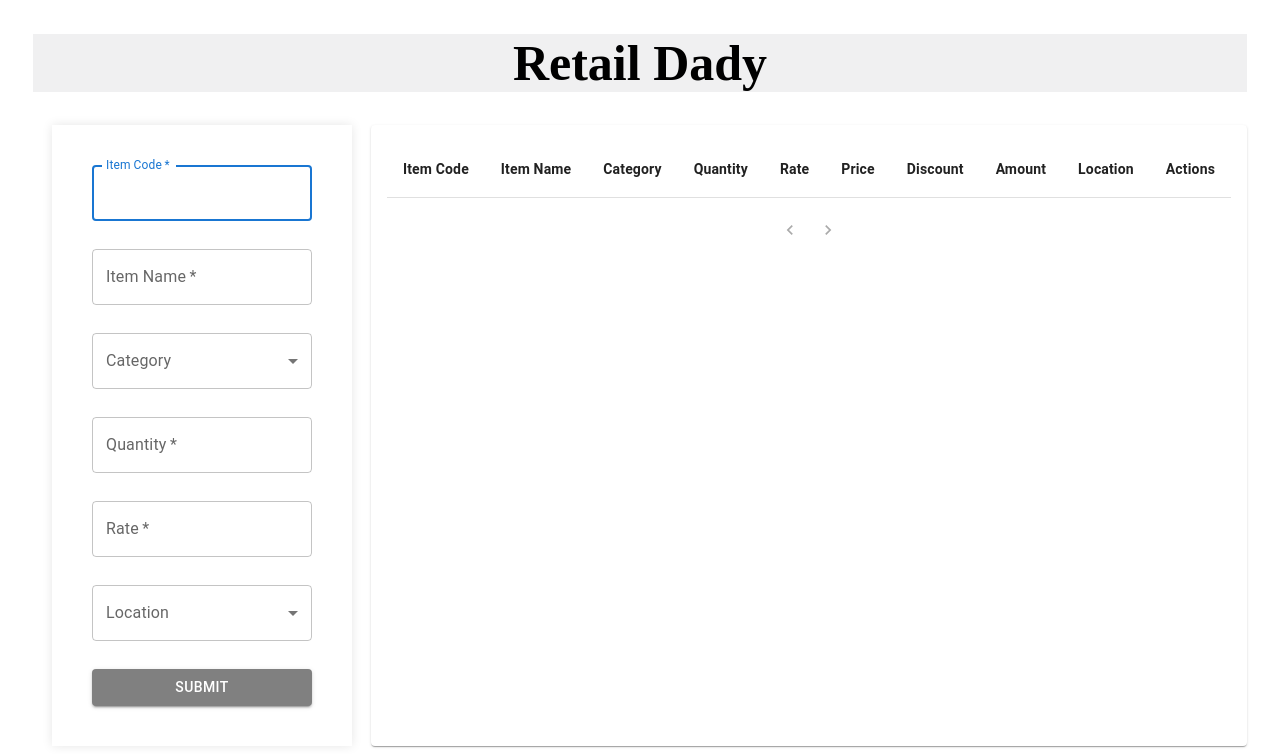
Repository: SharonSebastian32/retail-dady-frontend-app
Page: /
An editor plug-in stored every save of this project. The page is shown before and after a run of saves, followed by the edit.
The browser window is 1280 px wide. The pictures show the whole page.
The page's requests for data from a server got no answer. The project was rebuilt for these pictures with package versions that can differ from the ones it lists, and the page was loaded fresh each time. No one was signed in, and anything a server would have sent is missing. Also part of the build but not shown: vite.config.js, src/components/Childrens/FormDialogue.jsx, src/components/Childrens/ViewDetails.jsx, src/App.css.

Above is the page before, as saved 2024-12-07 21:27:57.

After the next 4 saves:
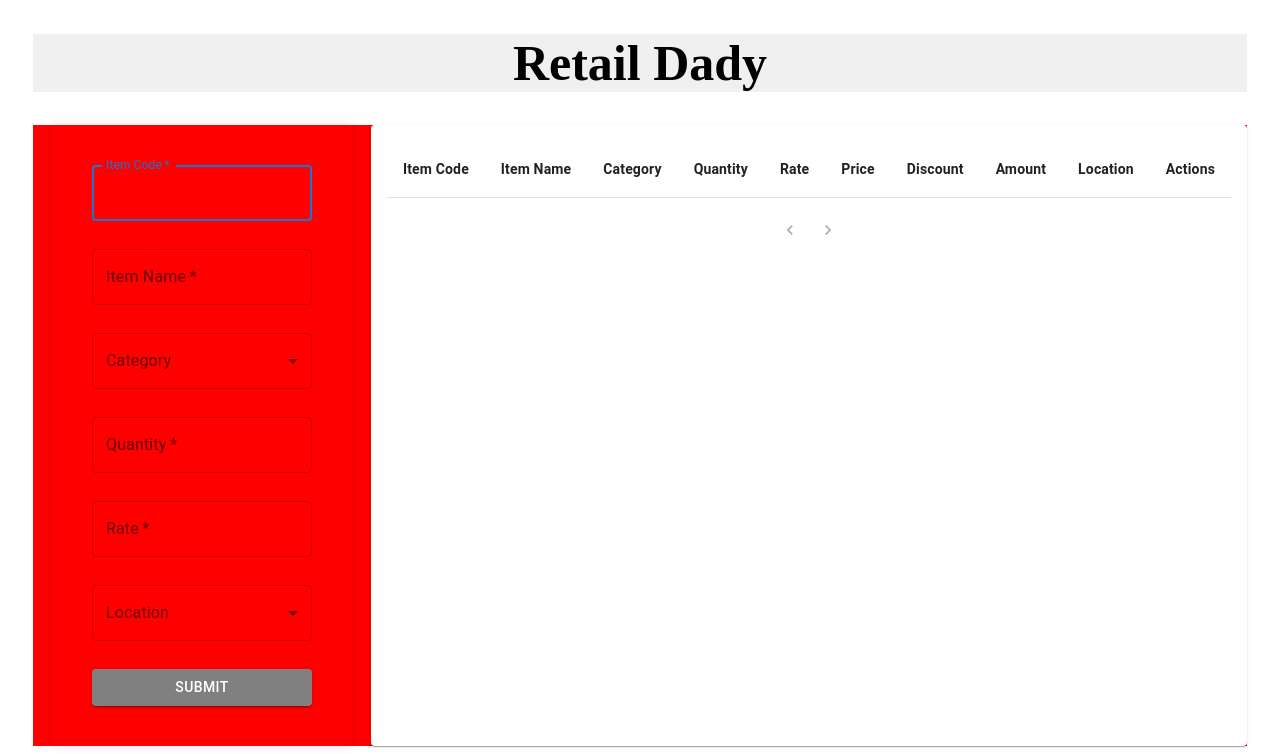
The 4 saves are shown as one change because they came seconds apart.
The last was saved 11 s later.
--- a/src/App.jsx
+++ b/src/App.jsx
@@ -23,7 +23,13 @@
       >
         Retail Dady
       </h1>
-      <div style={{ display: "flex", flexDirection: "row" }}>
+      <div
+        style={{
+          display: "flex",
+          flexDirection: "row",
+          backgroundColor: "red",
+        }}
+      >
         <InvoiceForm onFormSubmit={triggerRefresh} />
         <Tables refresh={refresh} />
       </div>

After the save that followed:
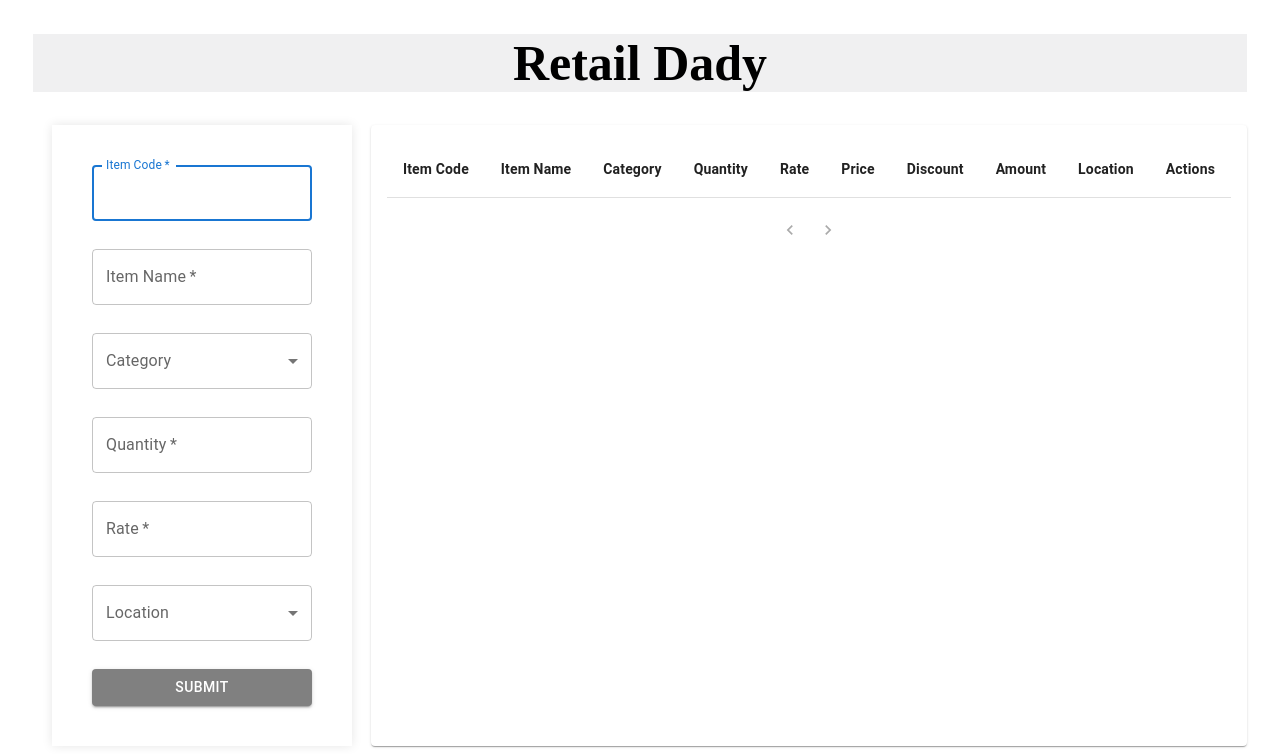
Saved 3 min 51 s later.
--- a/src/App.jsx
+++ b/src/App.jsx
@@ -27,8 +27,7 @@
         style={{
           display: "flex",
           flexDirection: "row",
-          backgroundColor: "red",
-        }}
+         }}
       >
         <InvoiceForm onFormSubmit={triggerRefresh} />
         <Tables refresh={refresh} />
